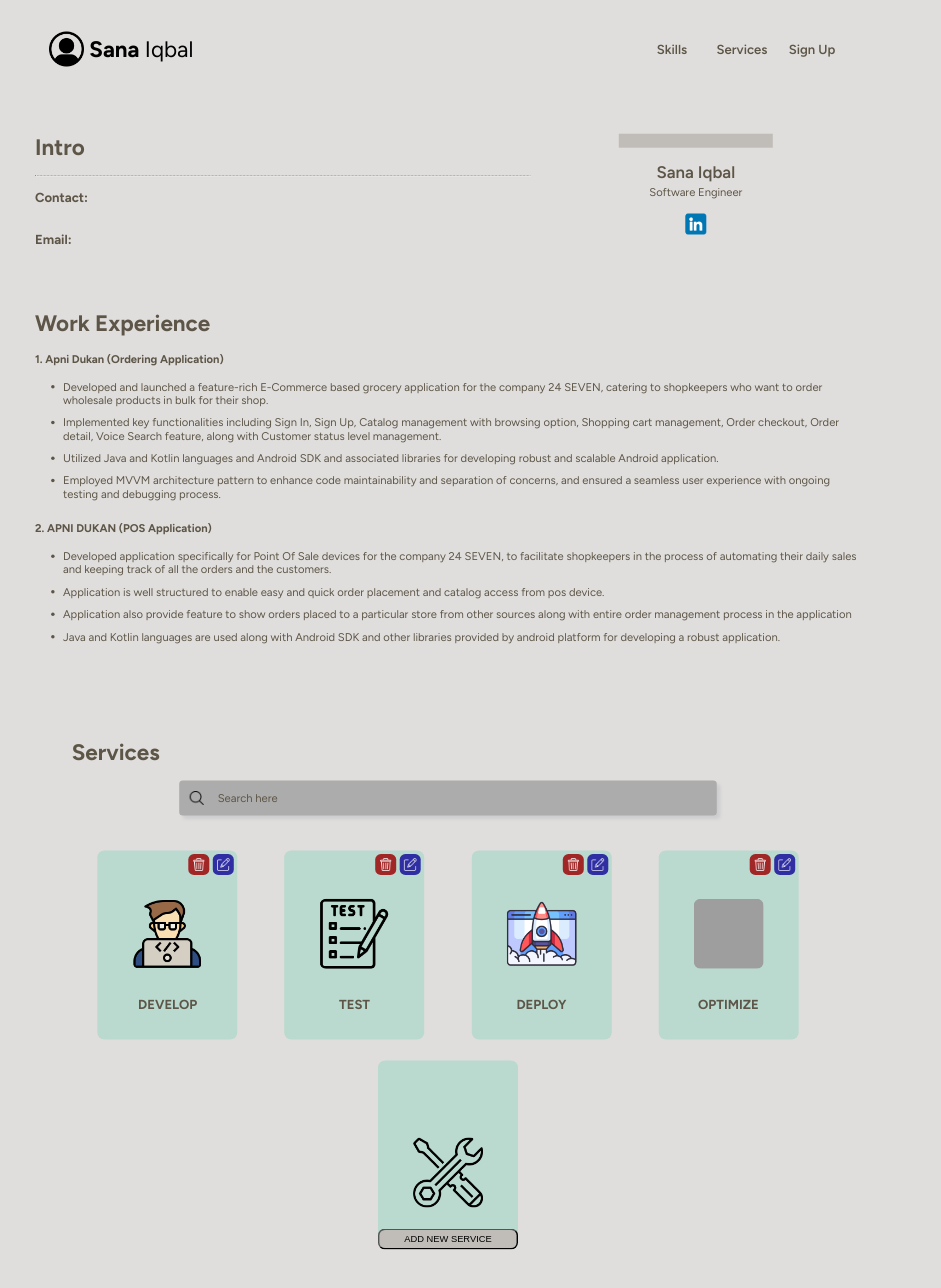
Repository: SanaIqbalDev/Portfolio
Page: portfolio.html
These files come from the project's save history. The page is drawn as it stood at one moment and after the next save; the edit follows.
The browser window is 1280 px wide. The page is 1344 px wide, so the pictures cover 1344 px, including what lies to the right of the window. The pictures show the part of the page from y = 0 to 1840 px (the page is 2833 px tall before and 2401 px after), at 70% of full size.
Pictures or frames that could not be fetched are drawn as grey boxes. The page's requests for data from a server got no answer.

Above is the page before, as saved 2023-08-23 16:05:23.

### portfolio.html
<!DOCTYPE html>
<html lang="en">

<head>
  <meta charset="utf-8" />
  <meta name="viewport" content="width=device-width, initial-scale=1.0" />
  <title>Sana Iqbal</title>
  <link rel="preconnect" href="https://fonts.googleapis.com">
  <link rel="preconnect" href="https://fonts.gstatic.com" crossorigin>
  <link href="https://fonts.googleapis.com/css2?family=Figtree:wght@400;600;700&display=swap" rel="stylesheet">
  <link rel="stylesheet" href="styles.css" />
  <script src="js/portfolio-main.js"></script>
  <script src="js/portfolio-skills.js"></script>
  <script src="js/portfolio-form-submission.js"></script>
  <script src="js/portfolio.external-data.js"></script>
</head>

<body>
  <header>

    <div class="header-div">
      <img width="50px" height="50px" src="res/ic_login.png">
      <h1 style="font-weight: 800;">&nbspSana&nbsp</h1>
      <h1 style="font-weight: 300;">Iqbal</h1>
    </div>

    <div class="header-option-section">

      <h3 id="skillset" class="header-options">Skills</h3>
      <h3 id="services" class="header-options">Services</h3>
      <h3 id="signup" class="header-options">Sign Up</h3>
    </div>
  </header>

  <main>
    <div class="main-content">
      <div class="top-row"  style="width: 100%; display: grid;grid-template-columns: 60% 20%;grid-gap:10%;">
        <div class="intro-div">
          <h1 style="margin-top: 0;">Intro</h1>
          <p id="intro-data">

          </p>

          <hr style="margin: 0;">

          <h3 class="inline-div" style=" display: inline-block;">
            Contact:</h3>
          <p id="contact-data" style=" display: inline-block;"></p>
          <br />
          <h3 class="inline-div" style="display: inline-block;">
            Email:</h3>
          <p  id="email-data" style=" display: inline-block;"></p>
        </div>
        <div id="picture">
          <img id="person" width="200px" height="auto"
            />
          <h2  id="name-data" >Sana Iqbal</h2>
          <h4 id="heading">Software Engineer</h3>
            <a id="linkedin-data" target="_blank"><img id="img-linkedin"
                src="res/linkedin.png" width="30px" height="30px"></a>
        </div>
      </div>
      <div id="details">

        <div>
          <h1 style="margin-top: 70px;">
            Work Experience</h1>
          <h4>
            1. Apni Dukan (Ordering Application)</h4>
          <ul>
            <li>
              Developed and launched a feature-rich E-Commerce based grocery
              application for the company 24 SEVEN, catering to shopkeepers who
              want to order wholesale products in bulk for their shop.
              <pre></pre>
            </li>
            <li>
              Implemented key functionalities including Sign In, Sign Up,
              Catalog management with browsing option, Shopping cart management,
              Order checkout, Order detail, Voice Search feature, along with
              Customer status level management.
              <pre></pre>
            </li>
            <li>
              Utilized Java and Kotlin languages and Android SDK and associated
              libraries for developing robust and scalable Android application.
              <pre></pre>
            </li>
            <li>
              Employed MVVM architecture pattern to enhance code maintainability
              and separation of concerns, and ensured a seamless user experience
              with ongoing testing and debugging process.
            </li>
          </ul>
          <h4 style="margin-top: 30px;">
            2. APNI DUKAN (POS Application)</h4>
          <ul>
            <li>
              Developed application specifically for Point Of Sale devices for
              the company 24 SEVEN, to facilitate shopkeepers in the process of
              automating their daily sales and keeping track of all the orders
              and the customers.
              <pre></pre>
            </li>
            <li>
              Application is well structured to enable easy and quick order
              placement and catalog access from pos device.
              <pre></pre>
            </li>
            <li>
              Application also provide feature to show orders placed to a
              particular store from other sources along with entire order
              management process in the application
              <pre></pre>
            </li>
            <li>
              Java and Kotlin languages are used along with Android SDK and
              other libraries provided by android platform for developing a
              robust application.
            </li>
          </ul>
        </div>
      </div>

    </div>
    <div class="services-div">
      <h1>Services</h1>
      <div class="seach-view" id="search-view"
        style="display: flex; justify-content: flex-start;align-items: center; box-sizing: border-box;border-radius: 5px; padding: 5px; width: 60%;background-color: #adacac; box-sizing: border-box; box-shadow: 5px 5px 5px rgb(205, 205, 207); ">
        <img id="search-image" src="res/ic_search.png" style="padding: 10px; cursor: pointer;" width="20px"
          height="20px">
        <label id="search-label" style="margin-left: 10px; width: 100%;">Search here</label>
        <input id="search-input"
          style="display: none; width: 100%; font: 1em sans-serif; border: none; outline: none; background-color: transparent;"
          type="text">
      </div>
      <!-- <div id="search-dropdown" > -->

    </div>
    <div id="products-container" class="slider">
      <div id="1slider" class="slider-bg">
        <div class="item-options">
          <button class="remove-btn"><img src="res/ic_delete.png" width="18px" height="18px"></button>
          <button class="edit-btn"><img src="res/ic_edit.png" width="18px" height="18px"></button>
        </div>
        <div id="develop" class="slider-item">
          <img src="res/ic_develop.png">
          <h3 class="item-title">DEVELOP</h3>
        </div>
      </div>

      <div id="2slider" class="slider-bg">
        <div class="item-options">
          <button class="remove-btn"><img src="res/ic_delete.png" width="18px" height="18px"></button>
          <button class="edit-btn"><img src="res/ic_edit.png" width="18px" height="18px"></button>
        </div>
        <div id="test" class="slider-item">
          <img src="res/ic_test.png">
          <h3 class="item-title">TEST</h3>
        </div>
      </div>

      <div id="3slider" class="slider-bg">
        <div class="item-options">
          <button class="remove-btn"><img src="res/ic_delete.png" width="18px" height="18px"></button>
          <button class="edit-btn"><img src="res/ic_edit.png" width="18px" height="18px"></button>
        </div>
        <div id="deploy" class="slider-item">
          <img src="res/ic_deploy.png">
          <h3 class="item-title">DEPLOY</h3>
        </div>
      </div>

      <div id="4slider" class="slider-bg">
        <div class="item-options">
          <button class="remove-btn"><img src="res/ic_delete.png" width="18px" height="18px"></button>
          <button class="edit-btn"><img src="res/ic_edit.png" width="18px" height="18px"></button>
        </div>
        <div id="optimize" class="slider-item">
          <img src="res/ic_optimize.png">
          <h3 class="item-title">OPTIMIZE</h3>

        </div>
      </div>

      <div id="add-item-div" class="slider-bg">
        <div class="slider-item">
          <img src="res/ic_addItem.png">
        </div>
        <button id="add-item" class="add-new-item">ADD NEW SERVICE</button>

      </div>
    </div>
    </div>


    <div id="skills-div" class="skills-div">
      <h1>Skills</h1>
      <div style="width: 84%; display: block;">
        <div id="skill-items" class="skill-items">
          <ul id="skill-list">
          </ul>
          <div class="add-skill-item">
            <label id="add-skill-label" class="title-skill">Add new skill here</label>
            <input id="add-skill-input" class="add-skill" type="text" placeholder="Add Skill" value=""
              style="display: none; font: 1em sans-serif; border: none; outline: none; background-color: #badacf;">

            <button id="add-skill-btn"><img src="res/ic_add.png" width="30px" height="30px"
                style="transition: filter 0.3s ease;box-sizing: border-box; padding: 2px;"></button>

          </div>
        </div>
      </div>

    </div>

    <div class="external-data-div">
      <h1>Information</h1>
      <table class="info-table" style="width: 70%;">
        <tr style="height: 50px; width: 100%;">
          <th class="image-id-cell" style=" background-color: #83817e; color: white;">IMAGE</th>
          <th class="image-id-cell" style=" background-color: #83817e;  color: white;">ID</th>
          <th style=" background-color: #83817e; color: white; width: 40%;">TITLE</th>
          <th style="width: 40%;background-color: #83817e; color: white;">URL</th>
        </tr>
      </table>
      <div class="table-container">
        <table id="info-table" class="info-table">
        </table>
      </div>

    </div>

    <div id="signupModal" class="signup-modal">
      <div class="modal-content">
        <h2>Fill your information</h2>

        <form id="submit-form" action="">
          <section>
            <input id="name" class="input-field" type="text" placeholder="Name" value="">
            <input id="email" class="input-field" placeholder="Email" value="">
            <input id="password" class="input-field" type="password" placeholder="Password (atleast 6 characters)"
              value="">
          </section>

          <div
            style="display: flex; justify-content: center;max-height: 50px;height: 50px; margin-top: 50px; margin-left: auto; margin-right: auto;">
            <button id="submit" type="submit">SUBMIT</button>
            <div id="loading" class="spinner"></div>
          </div>
        </form>
      </div>
    </div>
    <div id="productDesc" class="product-modal">
      <div id="product-content" class="product-content">
        <img id="product-img" src="res/ic_develop.png" width="100px" height="100px">
        <h2 id="product-title" style="margin-top: 30px;">TITLE</h2>
        <p id="product-description" style="margin-top: 30px;">We are a dedicated and proficient website development
          service provider, committed to crafting impactful
          online solutions for businesses across diverse industries.
          With a team of skilled developers, designers, and digital strategists, we offer comprehensive website
          development services that transcend mere online presence.<br /><br />

          Our approach begins by understanding your unique business objectives and target audience. Leveraging
          cutting-edge technologies and industry best practices, we meticulously
          design and develop websites that are not only visually stunning but also functionally robust. <br /><br />

          From responsive designs that adapt seamlessly to different devices to user-friendly
          interfaces that enhance engagement, we ensure every element contributes to an exceptional user experience.
          <br />
        </p>
      </div>
    </div>

    <!-- Edit Form Modal -->
    <div id="editModal" class="edit-modal">
      <div class="edit-content">
        <form id="service-info-form" action="">
          <section class="input-section">
            <img id="imagePreview" src="" alt="Selected Image" style="width: 110px; height: 110px;">
            <input id="edit-img" class="input-field" type="file" value="">
            <input id="edit-title" class="input-field" class="input-field" type="text" placeholder="Add service title"
              value="">
            <textarea id="edit-description" class="input-field"
              style=" width: 90%; min-height: 120px;height: auto;overflow: auto;white-space: wrap;font-family: 'Figtree', sans-serif;">This is a long piece of text that will wrap inside the textarea element.</textarea>
            <button id="submit-edit-info" type="submit">SUBMIT</button>
          </section>
        </form>
      </div>
    </div>

    <div id="edit-modal-alert">
      <div id="successModal" class="alert-modal">
        <img id="alert-icon" src="res/ic_success.png" width="50px" height="50px">
        <h2 id="alert-message">Data has been sent successfully</h2>
      </div>
    </div>
  </main>

</body>

</html>

Loaded but not shown: js/portfolio-main.js (557 lines, source omitted); js/portfolio-form-submission.js (112 lines, source omitted); js/portfolio-skills.js (122 lines, source omitted); js/portfolio.external-data.js (53 lines, source omitted); styles.css (811 lines, source omitted)

After the next save:
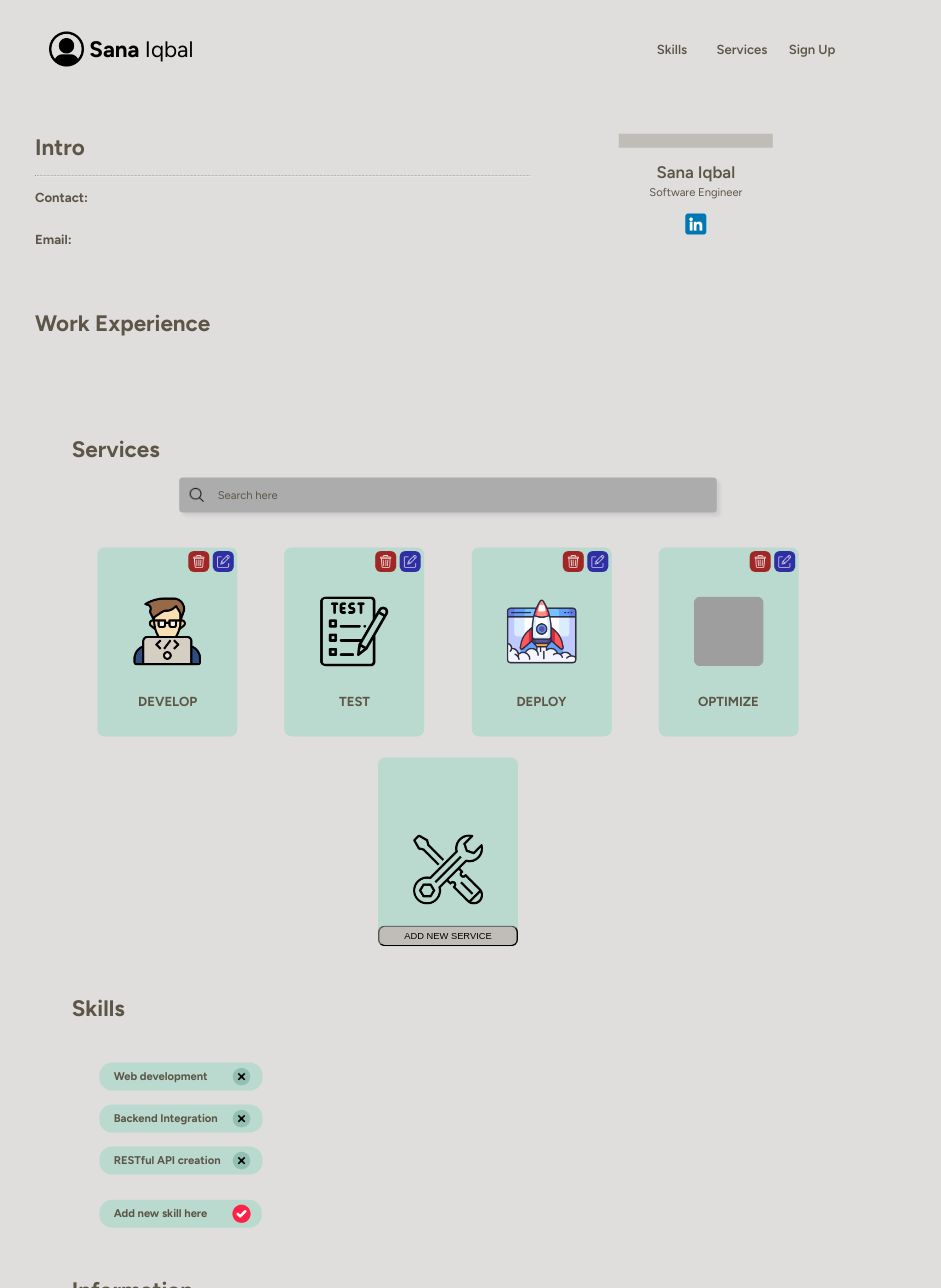
Saved 7 min 41 s later.
--- a/portfolio.html
+++ b/portfolio.html
@@ -65,7 +65,8 @@
         <div>
           <h1 style="margin-top: 70px;">
             Work Experience</h1>
-          <h4>
+            <div id="workexp"></div>
+          <!-- <h4>
             1. Apni Dukan (Ordering Application)</h4>
           <ul>
             <li>
@@ -118,7 +119,7 @@
               other libraries provided by android platform for developing a
               robust application.
             </li>
-          </ul>
+          </ul> -->
         </div>
       </div>
 
